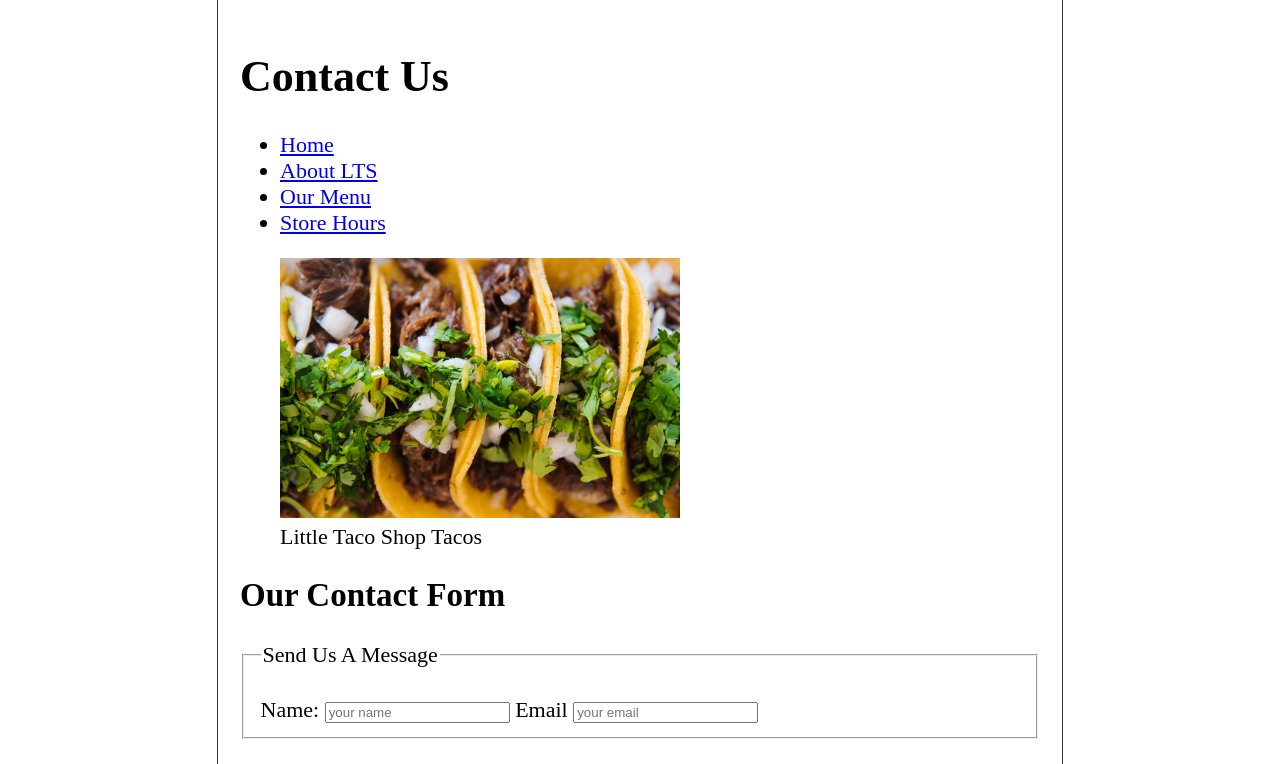
Repository: Israa-Odeh/html-basics-project
Page: contact.html
An editor plug-in stored every save of this project. The page is shown before and after a run of saves, followed by the edit.
The browser window is 1280 px wide. The pictures show the whole page.

Above is the page before, as saved 2024-08-20 03:05:24.

### contact.html
<!DOCTYPE html>
<html>

<head>
    <meta charset="UTF-8">
    <meta name="author" content="Israa Odeh">
    <meta name="description"
        content="Get in touch with Little Taco Shop! Visit our Contact Us page for our phone number, and location details. We are here to help with any questions or feedback.">
    <title>Contact Us - LTS</title>
    <link rel="icon" href="favicon.ico" type="image/x-icon">
    <link rel="stylesheet" href="css/style.css">
</head>

<body>
    <header>
        <h1>Contact Us</h1>
        <nav>
            <ul>
                <li>
                    <a href="index.html">Home</a>
                </li>
                <li>
                    <a href="index.html#about">About LTS</a>
                </li>
                <li>
                    <a href="index.html#menu">Our Menu</a>
                </li>
                <li>
                    <a href="hours.html">Store Hours</a>
                </li>
            </ul>
        </nav>
        <figure>
            <img src="img/tacos_close_up_400x260.png"
                alt="Close-up of a taco topped with fresh onions and vibrant parsley." width="400" height="260">
            <figcaption>Little Taco Shop Tacos</figcaption>
        </figure>
    </header>

    <main>
        <h2>Our Contact Form</h2>
        <form action="https://httpbin.org/post" method="post">
            <fieldset>
                <legend>Send Us A Message</legend>
                <p></p>
                <label for="name">Name:</label>
                <input type="text" id="name" name="name" placeholder="your name" required autocomplete="name">
                <label for="email">Email</label>
                <input type="email" id="email" name="email" placeholder="your email" required autocomplete="email">
            </fieldset>
        </form>

    </main>

    <footer>

    </footer>

</body>

</html>

Loaded but not shown: css/style.css (common file)

After the next 2 saves:
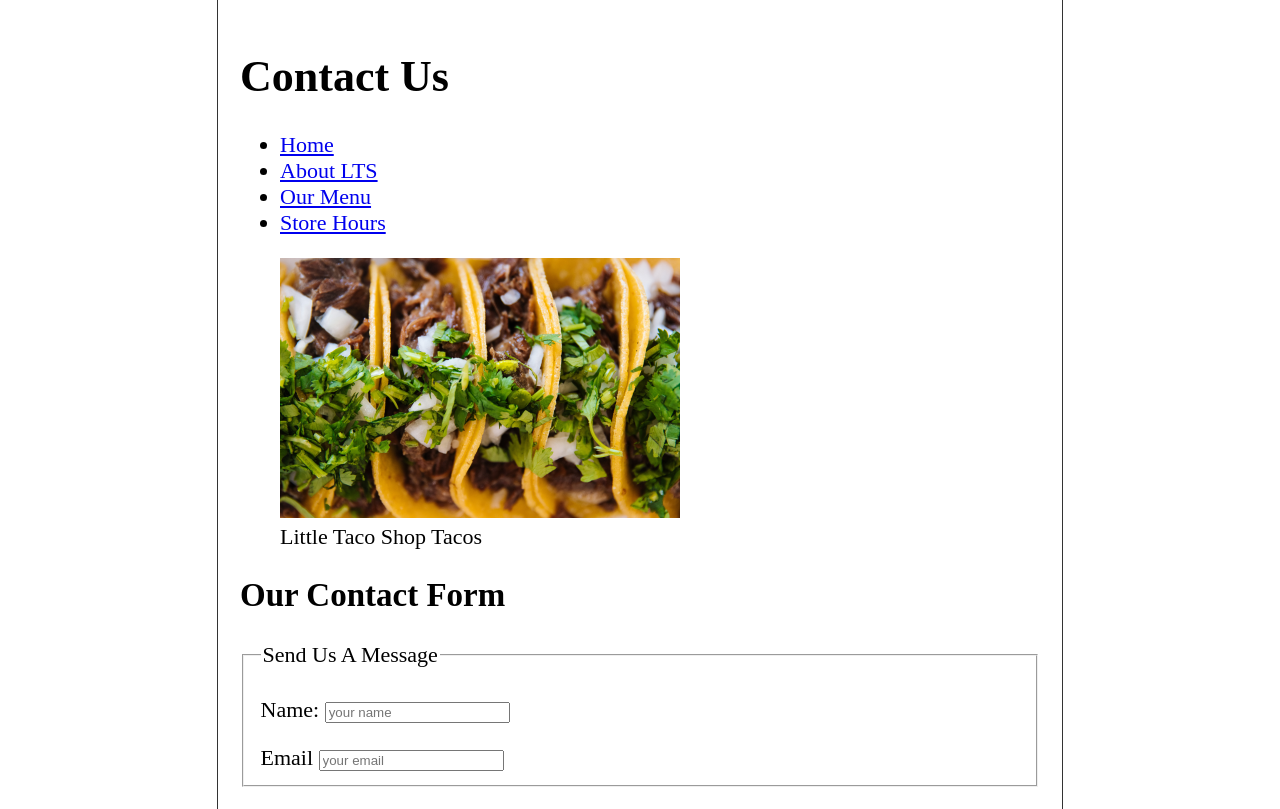
The 2 saves are shown as one change because they came seconds apart.
The last was saved 5 s later.
--- a/contact.html
+++ b/contact.html
@@ -42,9 +42,11 @@
         <form action="https://httpbin.org/post" method="post">
             <fieldset>
                 <legend>Send Us A Message</legend>
-                <p></p>
-                <label for="name">Name:</label>
-                <input type="text" id="name" name="name" placeholder="your name" required autocomplete="name">
+                <p>
+                    <label for="name">Name:</label>
+                    <input type="text" id="name" name="name" placeholder="your name" required autocomplete="name">
+                </p>
+
                 <label for="email">Email</label>
                 <input type="email" id="email" name="email" placeholder="your email" required autocomplete="email">
             </fieldset>
